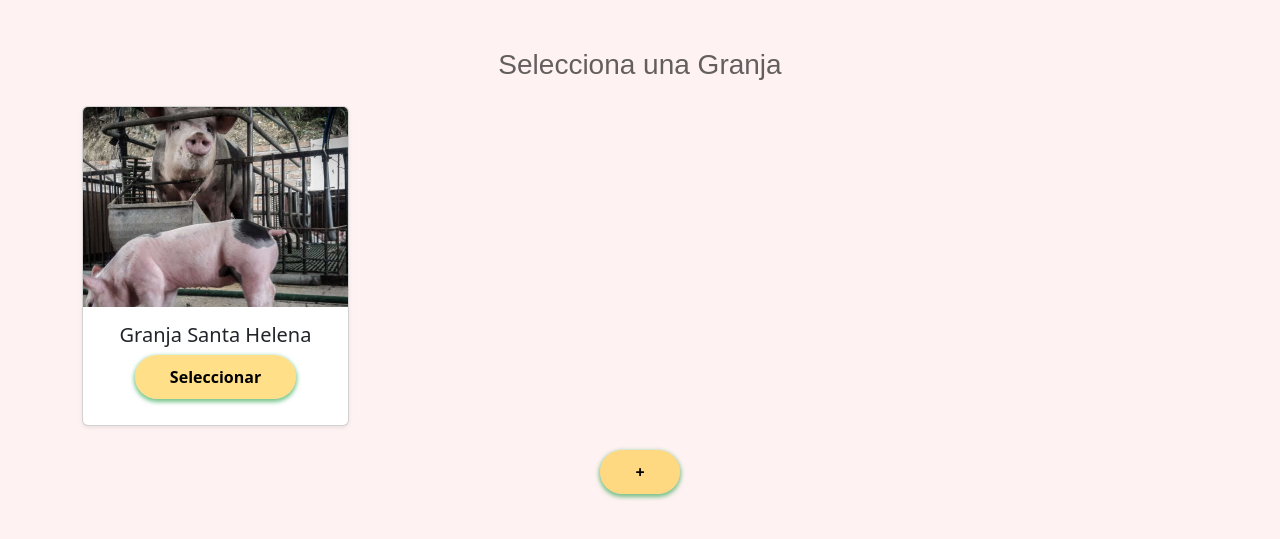
Repository: Mateojimenezz/Granja-Santa-Helena
Page: seleccionarGranja.html
These files come from the project's save history. The page is drawn as it stood at one moment and after a run of saves; the edit follows.
The browser window is 1280 px wide. The pictures show the whole page.
Some web fonts or font styles are not loaded; a fallback is used.

Above is the page before, as saved 2025-05-13 09:53:44.

After the next 3 saves:
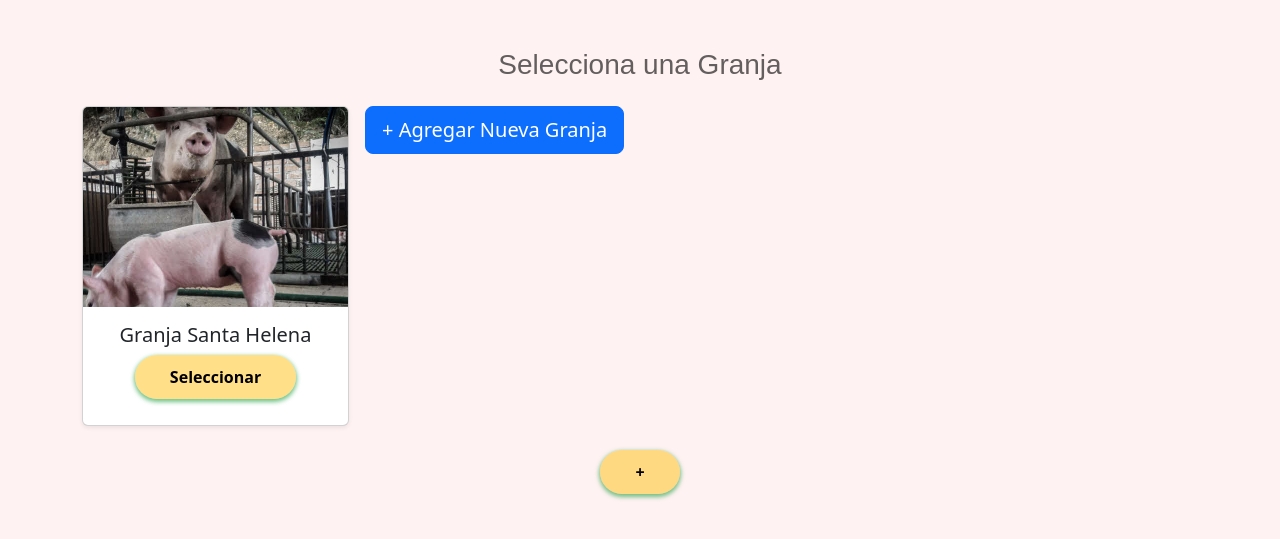
The 3 saves are shown as one change because they came seconds apart.
The last was saved 70 s later.
--- a/assets/js/seleccionarGranja.js
+++ b/assets/js/seleccionarGranja.js
@@ -56,6 +56,12 @@ document.addEventListener("DOMContentLoaded", function() {
 
         listaGranjas.appendChild(nuevaGranja);
     });
+    if (!document.getElementById("agregar-granja")) {
+        const botonAgregar = document.createElement("div");
+        botonAgregar.classList.add("col-md-auto");
+        botonAgregar.innerHTML = `<button id="agregar-granja" class="btn btn-primary btn-lg">+ Agregar Nueva Granja</button>`;
+        listaGranjas.appendChild(botonAgregar);
+    }
 });
 
 function seleccionarGranja(nombre) {
